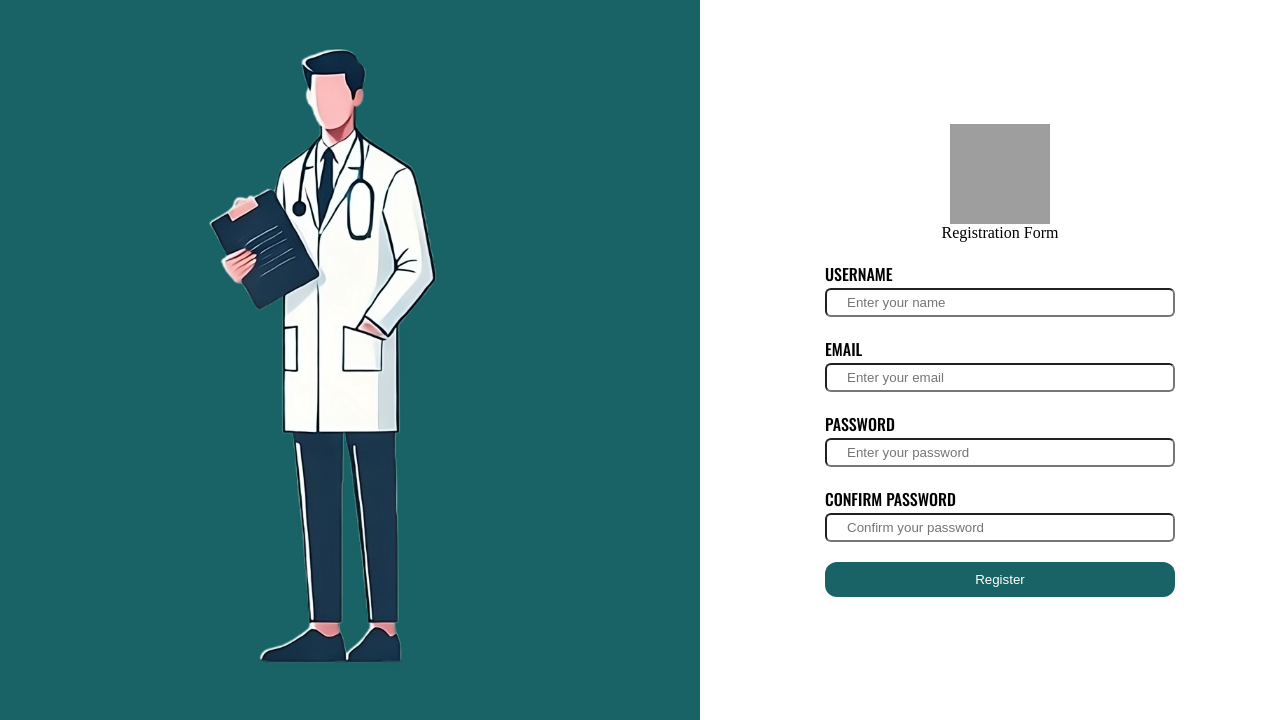
Repository: AriaFantom/Minor-Project
Page: http://localhost/Project/register.jsp
These files come from the project's save history. The page is drawn as it stood at one moment and after the next save; the edit follows.
The browser window is 1280 px wide. The pictures show the whole page.
Pictures or frames that could not be fetched are drawn as grey boxes. Some web fonts or font styles are not loaded; a fallback is used. The page is served by Tomcat 10.

Above is the page before, as saved 2024-11-18 18:12:23.

After the next save:
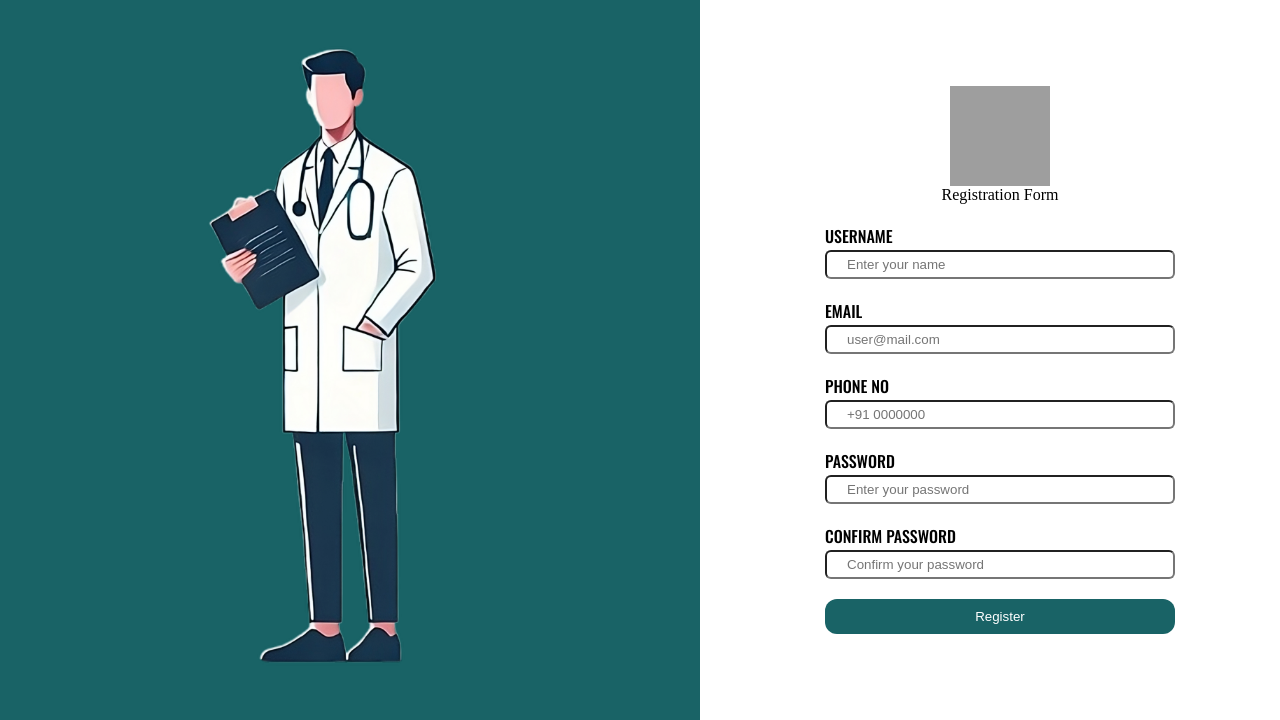
Saved 40 min 22 s later.
--- a/Project/src/main/webapp/register.jsp
+++ b/Project/src/main/webapp/register.jsp
@@ -16,11 +16,13 @@
         <img src="assets/icons/logo.png" alt="logo">
         <p>Registration Form</p>
 
-        <form>
+        <form method="post" action="RegisterServlet">
             <label for="name">Username</label>
             <input type="text" id="name" placeholder="Enter your name">
             <label for="email">Email</label>
-            <input type="email" id="email" placeholder="Enter your email">
+            <input type="email" id="email" placeholder="user@mail.com">
+            <label for="phno">Phone No</label>
+            <input type="email" id="phno" placeholder="+91 0000000">
             <label for="password">Password</label>
             <input type="password" id="password" placeholder="Enter your password">
             <label for="confirm-password">Confirm Password</label>
